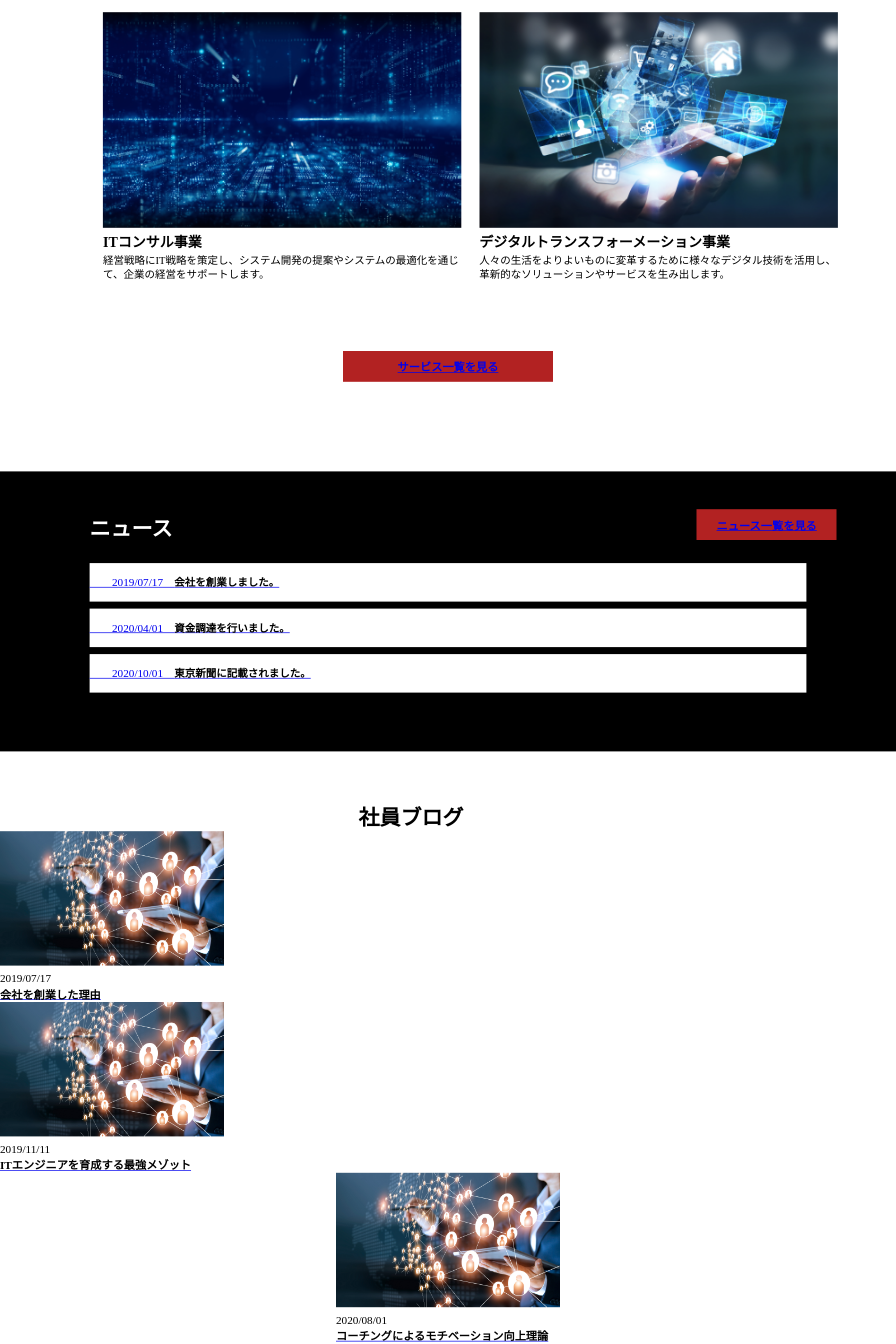
Repository: sigemasaasuka/20211012sigemasa
Page: index.html
These files come from the project's save history. The page is drawn as it stood at one moment and after the next save; the edit follows.
The browser window is 1280 px wide. The pictures show the part of the page from y = 1338 to 3258 px (the page is 3258 px tall), at 70% of full size.

Above is the page before, as saved 2021-10-20 16:40:29.

### index.html
<!DOCTYPE html>
<html lang="ja">

<head>
  <meta charset="UTF-8">
  <meta name="viewport" content="width=device-width, initial-scale=1.0">
  <title>Document</title>

    <link rel="stylesheet" href="css/reset.css">
    <link rel="stylesheet" href="css/index.css">
</head>
<body>
  <header class="header">
    <div class="header-logo">
      <img class="logo" src="img/logo.png" alt="logo">
    </div>
    <nav class="header-nav">
      <ul class="header-nav-list">
        <li class="header-nav-item"><a href="index.html">ホーム</a></li>
        <li class="header-nav-item"><a href="service.html">事業内容</a></li>
        <li class="header-nav-item"><a href="news.html">ニュース</a></li>
        <li class="header-nav-item"><a href="blog.html">社員ブログ</a></li>
        <li class="header-nav-item"><a href="company.html">会社概要</a></li>
        <li class="header-nav-item"><a href="recruit.html">採用情報</a></li>
        <li class="header-nav-item"><a href="contact.html">お問い合わせ</a></li>
      </ul>
    </nav>
  </header>
  <div class="home">
  <div class="home-photo">
    <div class="home-title">
    <p>最新のテクノロジーで社会課題を解決</p>
      <div class="home-title2">
      <p>Solving　issues　with　the　latest　technology</p>
     </div>
    </div>
    </div>
    </div>
    <div class="home-color">
      <div class="hope">
        <p><br><br>株式会社TECHの想い</p>
        <div class="hope2">
          <p>あらゆる産業において、新たなデジタル技術を使ってこれまでにないビジネスモデルを展開する新規参加者が登場し、ゲームチェンジが起ころうとしています。こうした<br>中で、各企業は、競争力維持・強化のために、DXを迅速に進めていくことが求められています。しかし、DXにおいて投資コストは非常にかかります。株式会社TECHでは<br>独自のオペレーションと人材教育により、他社よりも価格を抑えた開発を行います。</p>
        </div>
      </div>
    </div>
    <div class="service">
      <p>サービス</p>
      </div>
      <div class="png1">
      <div class="service1">
        <img  src="img/service1.png"  alt="service1">
        <div class="it">
        <p>IT人材育成事業</p>
        <div class="it2">
        <p>これまでに培った教育手法を生かして、短期間で即戦力のIT人材を育成します。</p>
        </div>
      </div>
      </div>
      <div class="service2">
      <img  src="img/service2.png" alt="service2">
      <div class="coach">
        <p>コーチング事業</p>
        <div class="coach2">
          <p>目標達成を最短で実現するために、プロのコーチによるマンツーマンのサポートを実施します</p>
        </div>
      </div>
      </div>
      </div>
      <div class="png2">
      <div class="service3">
        <img src="img/service3.png" alt="service3">
        <div class="Consultant">
          <p>ITコンサル事業</p>
          <div class="Consultant2">
            <p>経営戦略にIT戦略を策定し、システム開発の提案やシステムの最適化を通じて、企業の経営をサポートします。</p>
          </div>
        </div>
      </div>
      <div class="service4">
        <img src="img/service4.png" alt="service4">
        <div class="formation">
          <p>デジタルトランスフォーメーション事業</p>
          <div class="formation2">
            <p>人々の生活をよりよいものに変革するために様々なデジタル技術を活用し、革新的なソリューションやサービスを生み出します。</p>
          </div>
        </div>
      </div>
      </div>
      <div class="list">
        <a href="service.html">サービス一覧を見る</a>
      </div>
      <div class="news">
        <div class="nesw-list">
          <div class="news-font">
          <p>ニュース</p></div>
          <div class="news-button">
            <a href="news.html">ニュース一覧を見る</a>
          </div>
        </div>
        <div class="news-info1">
          <a href="index.html">　　2019/07/17　<span class="co">会社を創業しました。</span></a></div>
          <div class="news-info2">
          <a href="index.html">　　2020/04/01　<span class="fund">資金調達を行いました。</span></a></div>
          <div class="news-info3">
          <a href="index.html">　　2020/10/01　<span class="newspaper">東京新聞に記載されました。</span></a></div>
      </div>
      <div class="blog">
        <p>社員ブログ</p>
        </div>
        <div class="blog-column">
        <div class="reason">
        <div class="reason-png">
          <a href="index.html">
            <img src="img/blog.png" alt="blog">
          </a>
          <p class="reason1">2019/07/17</p>
          <a href="index.html"><p class="reason2">会社を創業した理由</p></a>
        </div>
        </div>
        <div class="nurturing">
        <div class="nurturing-png">
          <a href="index.html">
            <img src="img/blog.png" alt="blog">
          </a>
          <p class="nurturing1">2019/11/11</p>
          <a href="index.html">
            <p class="nurturing2">ITエンジニアを育成する最強メゾット</p>
          </a>
        </div>
      </div>
      <div class="coaching">
        <div class="coaching-png">
        <a href="index.html">
          <img src="img/blog.png" alt="blog">
        </a>
        <p class="coaching1">2020/08/01</p>
        <a href="index.html">
          <p class="coaching2">コーチングによるモチベーション向上理論</p>
        </a>
        </div>
        </div>
        </div>


<script src="js/main.js"></script>
</body>
</html>

### css/reset.css
@charset "UTF-8";
html, body, div, span, applet, object, iframe,
h1, h2, h3, h4, h5, h6, p, blockquote, pre,
a, abbr, acronym, address, big, cite, code,
del, dfn, em, img, ins, kbd, q, s, samp,
small, strike, strong, sub, sup, tt, var,
b, u, i, center,
dl, dt, dd, ol, ul, li,
fieldset, form, label, legend,
table, caption, tbody, tfoot, thead, tr, th, td,
article, aside, canvas, details, embed,
figure, figcaption, footer, header, hgroup,
menu, nav, output, ruby, section, summary,
time, mark, audio, video {
margin: 0;
padding: 0;
border: none;
font-style: normal;
text-align: left;
zoom: 1;
}
article, aside, details, figcaption, figure,
footer, header, hgroup, menu, nav, section {
display: block;
}
table {
border-collapse: collapse;
font-family: inherit;
}
h1,h2,h3,h4,h5 {
font-size: 100%;
font-weight: normal;
line-height: 1;
}
input,textarea,select {
font-family: inherit;
font-size: 16px;
}
input[type="button"],input[type="text"],input[type="submit"] {
 -webkit-appearance: none;
 border-radius: 0;
}
textarea {
resize: none;
-webkit-appearance: none;
border-radius: 0;
}
th,td {
border-collapse: collapse;
}
table th,table td {
white-space: nowrap;
}
ul,ol {
list-style-type: none;
}
img {
vertical-align: text-bottom;
vertical-align: -webkit-baseline-middle;
max-width: 100%;
height: auto;
width /***/:auto;
}

### css/index.css
.logo {
  text-decoration: none;
  color: inherit;
  width: 50%;
}
.header {
  width: 100%;
  display: flex;
  justify-content: space-between;
  align-items: center;
  height: 70px;
  padding: 0 30px;
  position: fixed;
  box-sizing: border-box;
  background-color: #fff;
  color: #000;
}

.a {
  text-decoration: none;
}

.header-ttl {
  font-size: 24px;
  width: 80px;
}

.header-nav-list {
  display: flex;
  font-weight: bold;
}

.header-nav-item:not(:last-child) {
  margin-right: 30px;
}

.home-photo {
  position: relative;
  padding-top: calc(250 / 683 * 100%); /* calc(画像高さ ÷ 画像横幅 × 100%) */
  background: url(../img/mv.png) center center / cover no-repeat;
}

.home-title {
  display: flex;
  flex-direction: column;
  position: absolute;
  font-size: 50px;
  margin-left: 20%;
  top: 40%;
  font-weight: bolder;
  color: #fff;
}

.home-title2 {
  display: flex;
  position: absolute;
  font-size: 20px;
  margin-top: 45px;
  margin-left: 23%;
  top: 40%;
  font-weight: bold;
  color: #fff;
}

.home-color {
  background-color: #000;
  height: 300px;
}

.hope {
  top: 30%;
  display: flex;
  flex-direction: column;
  font-weight: bolder;
  font-size: 30px;
  margin-left: 10%;
  color: #fff;
}

.hope2 {
  display: flex;
  font-size: 15px;
  margin-top: 20px;
  font-weight: normal;
  color: #fff;
}

.service {
  margin-top: 5%;
  margin-left: 45%;
  font-size: 35px;
  font-weight: bolder;
}

.png1 {
  display: flex;
  justify-content: center;
}

.service1 {
  margin-top: 5%;
  margin-left: 5%;
  width: 40%;
}

.it {
  margin-top: 1%;
  font-size: 20px;
  font-weight: bolder;
}

.it2 {
  font-size: 15px;
  font-weight: normal;
}

.service2 {
  margin-top: 3%;
  margin-left: 2%;
  width: 40%;
}

.coach {
  margin-top: 1%;
  font-size: 20px;
  font-weight: bolder;
}

.coach2 {
  font-size: 15px;
  font-weight: normal;
}

.png2 {
  display: flex;
  justify-content: center;
}

.service3 {
  margin-top: 2%;
  margin-left: 5%;
  width: 40%;
}

.Consultant {
  margin-top: 1%;
  font-size: 20px;
  font-weight: bolder;
}

.Consultant2 {
  font-size: 15px;
  font-weight: normal;
}

.service4 {
  margin-top: 2%;
  margin-left: 2%;
  width: 40%;
}

.formation {
  margin-top: 1%;
  font-size: 20px;
  font-weight: bolder;
}

.formation2 {
  font-size: 15px;
  font-weight: normal;
}

.list {
  width: 300px;
  padding: 10px 0;
  color: #fff;
  font-weight: bold;
  background: #b22222;
  text-align: center;
  margin: 100px auto 0;
  display: block;
}

.news {
  margin-top: 10%;
  background-color: #000;
  height: 400px;
}

.nesw-list {
  margin-left: 10%;
  display: flex;
  justify-content: flex-start;
  align-items: center;
}

.news-font {
  font-weight: bold;
  font-size: 30px;
  color: #fff;
  margin-top: 5%;
}

.news-button {
  color: #fff;
  margin-top: 50px;
  margin-left: 65%;
  width: 200px;
  padding: 10px 0;
  font-weight: bold;
  background: #b22222;
  text-align: center;
  display: block;
}

.news-info1 {
  margin-top: 30px;
  margin-left: 10%;
  width: 80%;
  height: 35px;
  padding: 10px 0;
  background: #fff;
  line-height: 35px;
  display: block;
  color: #000;
}
.co {
  font-size: 15px;
  font-weight: bold;
  color: #000;
}

.news-info2 {
  margin-top: 10px;
  margin-left: 10%;
  width: 80%;
  height: 35px;
  padding: 10px 0;
  background: #fff;
  line-height: 35px;
  display: block;
  color: #000;
}
.fund {
  font-size: 15px;
  font-weight: bold;
  color: #000;
}

.news-info3 {
  margin-top: 10px;
  margin-left: 10%;
  width: 80%;
  height: 35px;
  padding: 10px 0;
  background: #fff;
  line-height: 35px;
  display: block;
  color: #000;
}
.newspaper {
  font-size: 15px;
  font-weight: bold;
  color: #000;
}

.blog {
  margin-top: 70px;
  margin-left: 40%;
  font-size: 30px;
  font-weight: bolder;
}
.blog-column{

}

.reason-png {
  width: 25%;
}

.reason1 {
  margin-top: 10px;
  color: #000;
}

.reason2 {
  font-weight: bolder;
  color: #000;
}


.nurturing-png {
  width: 25%;
}

.nurturing1 {
  margin-top: 10px;
  color: #000;
}

.nurturing2 {
  font-weight: bolder;
  color: #000;
}

.coaching {
  display: flex;
  justify-content: center;
}

.coaching-png {
  width: 25%;
}

.coaching1 {
  margin-top: 10px;
  color: #000;
}

.coaching2 {
  font-weight: bolder;
  color: #000;
}

Loaded but not shown: js/main.js (no stored copy; drawn as an empty file)

After the next save:
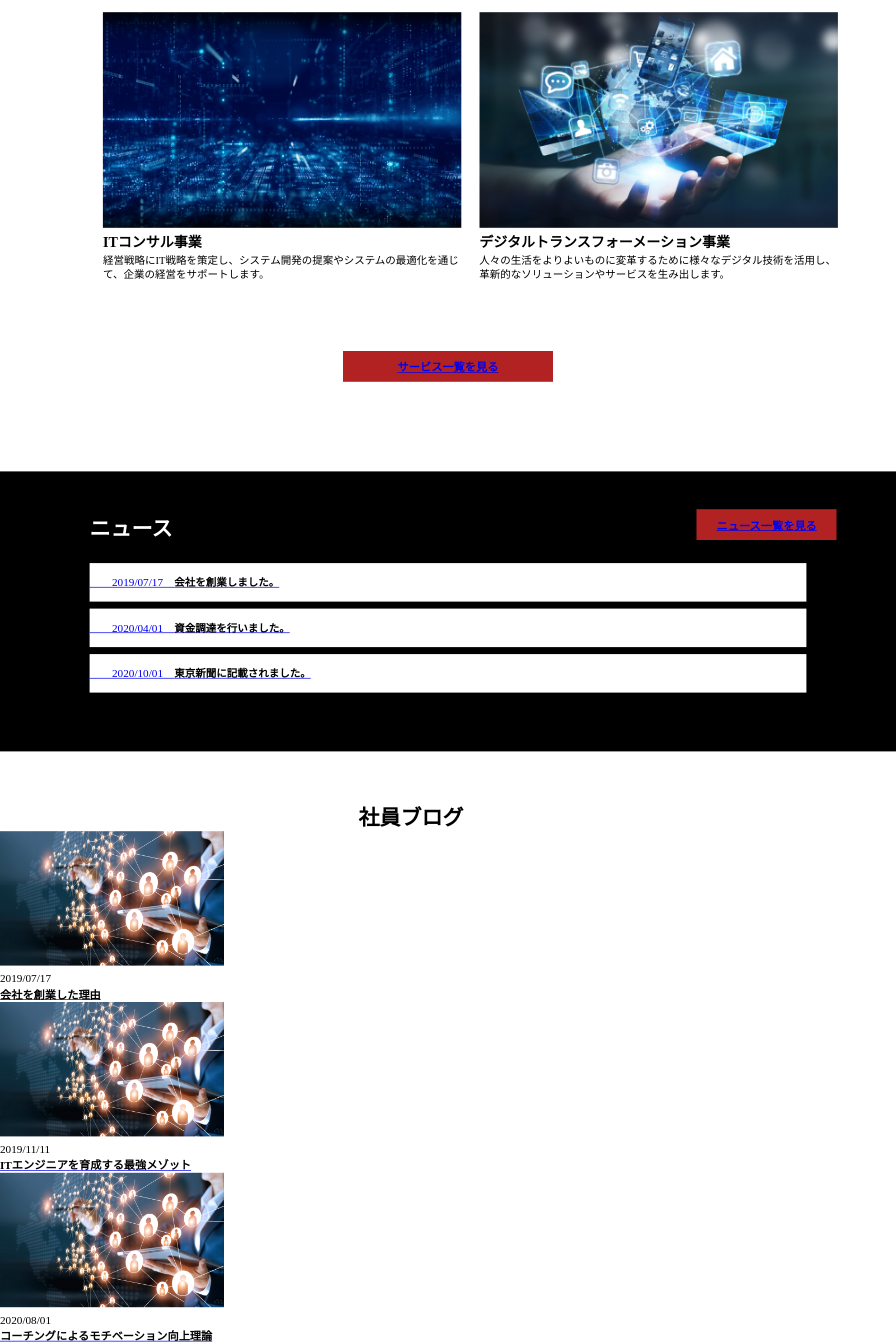
Saved 8 s later.
--- a/css/index.css
+++ b/css/index.css
@@ -303,10 +303,6 @@
   color: #000;
 }
 
-.coaching {
-  display: flex;
-  justify-content: center;
-}
 
 .coaching-png {
   width: 25%;
